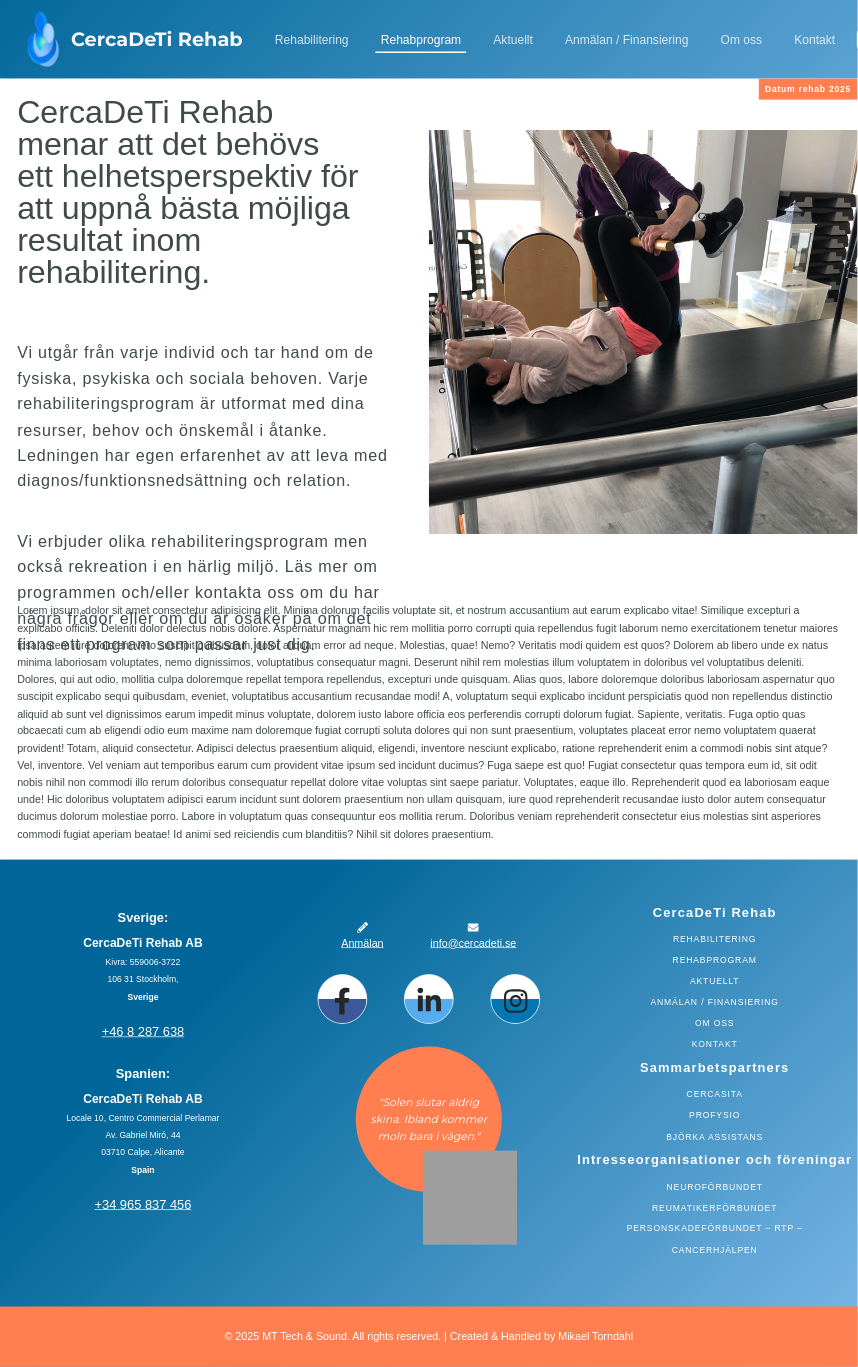
Repository: micketorndahl/CercaDeTi-rehab
Page: Rehabprogram.html
The author's editor kept a copy of each file at every save. The page is drawn from the files as they stood at one save, then again after the next save.
The browser window is 1280 px wide. The pictures show the whole page, at 67% of full size.
Pictures or frames that could not be fetched are drawn as grey boxes. The page's requests for data from a server got no answer. Some web fonts or font styles are not loaded; a fallback is used. Some web libraries are served in a nearby version.

Above is the page before, as saved 2025-02-07 02:33:38.
Console error: TypeError: Cannot set properties of null (setting 'innerHTML')

### Rehabprogram.html
<!DOCTYPE html>
<html lang="en">
  <head>
    <meta charset="UTF-8" />
    <meta name="viewport" content="width=device-width, initial-scale=1.0" />

    <link
      rel="stylesheet"
      href="https://use.fontawesome.com/releases/v5.6.3/css/all.css"
      integrity="sha384-UHRtZLI+pbxtHCWp1t77Bi1L4ZtiqrqD80Kn4Z8NTSRyMA2Fd33n5dQ8lWUE00s/"
      crossorigin="anonymous"
    />

    <script src="https://cdnjs.cloudflare.com/ajax/libs/font-awesome/5.15.4/js/all.min.js"></script>

    <link rel="stylesheet" href="style.css" />
    <link rel="stylesheet" href="tailwind.css" />
    <title>CercaDeTi Rehab</title>
  </head>
  <body>
    <div class="site-container">
      <header class="header">
        <div class="logo-wrapper">
          <div class="logo">
            <div class="logo-and-text">
              <a href="index.html">
                <img src="/images/cropped-CDTR.gif" alt="Logo" />
                <h1 class="cercadeti">CercaDeTi Rehab</h1>
              </a>
            </div>
          </div>
        </div>

        <nav class="main-nav">
          <div class="nav-container">
            <ul>
              <li>
                <a href="rehabilitering.html">Rehabilitering</a>
              </li>
              <li>
                <a href="rehabprogram.html" class="active">Rehabprogram</a>
              </li>
              <li><a href="aktuellt.html">Aktuellt</a></li>
              <li><a href="anmalan-finans.html">Anmälan / Finansiering</a></li>
              <li><a href="om-oss.html">Om oss</a></li>
              <li><a href="kontakt.html">Kontakt</a></li>
            </ul>
          </div>
        </nav>

        <div class="social-container">
          <div class="social">
            <ul>
              <li>
                <a
                  href="https://www.facebook.com/CercadetiRehab/"
                  title="Facebook"
                  ><i class="fab fa-facebook-f icon"></i
                ></a>
              </li>
              <li>
                <a
                  href="https://www.linkedin.com/company/cercadeti-rehab-ab"
                  title="LinkedIn"
                  ><i class="fab fa-linkedin-in icon"></i
                ></a>
              </li>
              <li>
                <a
                  href="https://www.instagram.com/cercadetirehab/"
                  title="Instagram"
                  ><i class="fab fa-instagram icon"></i
                ></a>
              </li>
            </ul>
          </div>
          <!-- DATES START -->
          <div class="dates-index">
            <div class="card-index">
              <h3>Datum rehab 2025</h3>
              <ul>
                <li>
                  5 – 26 April 2025
                  <a href="anmalan-form.html?period=april" class="label-tag"
                    >Anmäl</a
                  >
                </li>
                <li>
                  10 – 31 Maj 2025
                  <a href="anmalan-form.html?period=maj" class="label-tag"
                    >Anmäl</a
                  >
                </li>
                <li>
                  6 – 27 September 2025
                  <a href="anmalan-form.html?period=september" class="label-tag"
                    >Anmäl</a
                  >
                </li>
                <li>
                  4 – 25 Oktober 2025
                  <a href="anmalan-form.html?period=oktober" class="label-tag"
                    >Anmäl</a
                  >
                </li>
                <li>
                  1 – 22 November 2025
                  <a href="anmalan-form.html?period=november" class="label-tag"
                    >Anmäl</a
                  >
                </li>
              </ul>
            </div>
          </div>
          <!-- DATES END -->
        </div>
      </header>

      <!-- MAIN START -->
      <main>
        <div class="container-rehabprogram">
          <div class="rehabprogram-and-banner-container">
            <section class="rehabprogram">
              <h2>
                CercaDeTi Rehab menar att det behövs ett helhetsperspektiv för
                att uppnå bästa möjliga resultat inom rehabilitering.
              </h2>
              <p>
                Vi utgår från varje individ och tar hand om de fysiska, psykiska
                och sociala behoven. Varje rehabiliteringsprogram är utformat
                med dina resurser, behov och önskemål i åtanke. Ledningen har
                egen erfarenhet av att leva med diagnos/funktionsnedsättning och
                relation.
              </p>

              <p>
                Vi erbjuder olika rehabiliteringsprogram men också rekreation i
                en härlig miljö. Läs mer om programmen och/eller kontakta oss om
                du har några frågor eller om du är osäker på om det finns ett
                program som passar just dig.
              </p>
            </section>

            <div class="banner-rehabprogram" id="banner-rehabprogram">
              <!-- Background layers -->
              <div class="image1"></div>
              <div class="image2"></div>
              <div class="image3"></div>
              <div class="image4"></div>
              <div class="image5"></div>
              <div class="image6"></div>
              <!-- Banner Content -->
              <div class="banner-content-rehabprogram">
                <div class="ctas-container">
                  <a href="#main" class="button-CTA">Program</a>
                </div>
              </div>
            </div>
          </div>

          <section class="programs-list">
            Lorem ipsum, dolor sit amet consectetur adipisicing elit. Minima
            dolorum facilis voluptate sit, et nostrum accusantium aut earum
            explicabo vitae! Similique excepturi a explicabo officiis. Deleniti
            dolor delectus nobis dolore. Aspernatur magnam hic rem mollitia
            porro corrupti quia repellendus fugit laborum nemo exercitationem
            tenetur maiores ipsa autem iure dolorem vero suscipit quibusdam,
            dolor aliquam error ad neque. Molestias, quae! Nemo? Veritatis modi
            quidem est quos? Dolorem ab libero unde ex natus minima laboriosam
            voluptates, nemo dignissimos, voluptatibus consequatur magni.
            Deserunt nihil rem molestias illum voluptatem in doloribus vel
            voluptatibus deleniti. Dolores, qui aut odio, mollitia culpa
            doloremque repellat tempora repellendus, excepturi unde quisquam.
            Alias quos, labore doloremque doloribus laboriosam aspernatur quo
            suscipit explicabo sequi quibusdam, eveniet, voluptatibus
            accusantium recusandae modi! A, voluptatum sequi explicabo incidunt
            perspiciatis quod non repellendus distinctio aliquid ab sunt vel
            dignissimos earum impedit minus voluptate, dolorem iusto labore
            officia eos perferendis corrupti dolorum fugiat. Sapiente,
            veritatis. Fuga optio quas obcaecati cum ab eligendi odio eum maxime
            nam doloremque fugiat corrupti soluta dolores qui non sunt
            praesentium, voluptates placeat error nemo voluptatem quaerat
            provident! Totam, aliquid consectetur. Adipisci delectus praesentium
            aliquid, eligendi, inventore nesciunt explicabo, ratione
            reprehenderit enim a commodi nobis sint atque? Vel, inventore. Vel
            veniam aut temporibus earum cum provident vitae ipsum sed incidunt
            ducimus? Fuga saepe est quo! Fugiat consectetur quas tempora eum id,
            sit odit nobis nihil non commodi illo rerum doloribus consequatur
            repellat dolore vitae voluptas sint saepe pariatur. Voluptates,
            eaque illo. Reprehenderit quod ea laboriosam eaque unde! Hic
            doloribus voluptatem adipisci earum incidunt sunt dolorem
            praesentium non ullam quisquam, iure quod reprehenderit recusandae
            iusto dolor autem consequatur ducimus dolorum molestiae porro.
            Labore in voluptatum quas consequuntur eos mollitia rerum. Doloribus
            veniam reprehenderit consectetur eius molestias sint asperiores
            commodi fugiat aperiam beatae! Id animi sed reiciendis cum
            blanditiis? Nihil sit dolores praesentium.
          </section>
        </div>
      </main>
      <!-- MAIN END -->

      <!-- FOOTER START -->
      <footer class="footer-container">
        <div class="footer-top">
          <div class="footarea1 footer-shared">
            <address class="address-shared address-se">
              <h5>Sverige:</h5>
              <strong
                ><span class="address-company-name"
                  >CercaDeTi Rehab AB</span
                ></strong
              ><br />
              <span class="address-location">Kivra: 559006-3722</span><br />
              <span class="address-city">106 31 Stockholm,</span><br />
              <span class="address-country"
                ><strong>Sverige</strong><br
              /></span>
              <br />
              <span class="telephone"
                ><a href="tel:+468287638">+46 8 287 638</a></span
              >
            </address>

            <div class="address-shared address-es">
              <address>
                <h5>Spanien:</h5>
                <strong
                  ><span class="address-company-name"
                    >CercaDeTi Rehab AB</span
                  > </strong
                ><br />
                <span class="address-location"
                  >Locale 10, Centro Commercial Perlamar</span
                ><br />
                <span class="address-street">Av. Gabriel Miró, 44</span><br />
                <span class="address-city">03710 Calpe, Alicante<br /></span>
                <span class="address-country"
                  ><strong>Spain</strong><br
                /></span>
                <br />
                <span class="telephone"
                  ><a href="tel:+34965837456">+34 965 837 456</a></span
                >
              </address>
            </div>
          </div>
          <div class="footarea2 footer-shared">
            <div class="footarea2-links">
              <a href="anmalan-finans.html"
                ><i class="fas fa-pencil-alt"></i> Anmälan</a
              >
              <a href="mailto:info@cercadeti.se"
                ><i class="fas fa-envelope"></i> info@cercadeti.se</a
              >
            </div>
            <div class="social-footer">
              <ul>
                <li>
                  <a
                    href="https://www.facebook.com/CercadetiRehab/"
                    title="Facebook"
                  >
                    <i class="fab fa-facebook-f icon"></i>
                  </a>
                </li>

                <li>
                  <a
                    href="https://www.linkedin.com/company/cercadeti-rehab-ab"
                    title="LinkedIn"
                    ><i class="fab fa-linkedin-in icon"></i
                  ></a>
                </li>
                <li>
                  <a
                    href="https://www.instagram.com/cercadetirehab/"
                    title="Instagram"
                    ><i class="fab fa-instagram icon"></i
                  ></a>
                </li>
              </ul>
            </div>
            <div class="image-container-footer">
              <div class="image-wrapper">
                <p class="footer-quote">
                  "Solen slutar aldrig skina. Ibland kommer moln bara i vägen."
                </p>
                <img src="images/weelchair.icon.png" alt="wheelchair-icon" />
              </div>
            </div>
          </div>
          <div class="footarea3 footer-shared">
            <nav class="footer-nav">
              <div class="link-column1">
                <h4>CercaDeTi Rehab</h4>
                <ul>
                  <li><a href="rehabilitering.html">Rehabilitering</a></li>
                  <li><a href="rehabprogram.html">Rehabprogram</a></li>
                  <li><a href="aktuellt.html">Aktuellt</a></li>
                  <li>
                    <a href="anmalan-finans.html">Anmälan / Finansiering</a>
                  </li>
                  <li><a href="om-oss.html">Om oss</a></li>
                  <li><a href="kontakt.html">Kontakt</a></li>
                </ul>
              </div>

              <div class="link-column2">
                <h4>Sammarbetspartners</h4>
                <ul>
                  <li><a href="https://cercasita.com/">Cercasita</a></li>
                  <li><a href="https://profysio.es/">ProFysio</a></li>
                  <li>
                    <a href="https://www.bjorka-assistans.se/"
                      >Björka Assistans</a
                    >
                  </li>
                </ul>
              </div>

              <div class="link-column3">
                <h4>Intresseorganisationer och föreningar</h4>
                <ul>
                  <li><a href="https://neuro.se/">Neuroförbundet</a></li>
                  <li>
                    <a href="https://reumatiker.se/">Reumatikerförbundet</a>
                  </li>
                  <li>
                    <a href="https://rtp.se/">Personskadeförbundet – RTP – </a>
                  </li>
                  <li>
                    <a href="http://www.cancerhjalpen.se/">Cancerhjälpen</a>
                  </li>
                </ul>
              </div>
            </nav>
          </div>
        </div>
        <div class="footer-bottom">
          <div class="copyright">
            &copy; 2025 MT Tech &amp; Sound. All rights reserved. | Created
            &amp; Handled by Mikael Torndahl
          </div>
          <div class="additional-info"></div>
        </div>
      </footer>
      <!-- FOOTER END -->
    </div>
    <!-- SCRIPT SRCS -->
    <script src="js/script.js"></script>
    <script src="js/weather-api.js"></script>
  </body>
</html>

### style.css
@import url("css/reset.css");
@import url("css/standard.css");
@import url("css/variables.css");
@import url("css/typography.css");
@import url("css/layout.css");
@import url("css/navigation.css");
@import url("css/post.css");
@import url("css/footer.css");
@import url("css/searchbox.css");
@import url("css/page-templates.css");
@import url("css/mq-tablet.css");
@import url("css/mq-phone.css");
@import url("css/effects.css");
@import url("css/specific-classes.css");

### css/standard.css
/*
/* STANDARD
*/

html {
  scroll-behavior: smooth;
}

a {
  text-decoration: none;
}

[class*="fa"]:not([class*="fab"]) {
  display: block;
  margin: 0 auto;
  padding: 0.2rem;
}

### css/typography.css
/*
/* HEADLINES
*/

body {
  background-color: hsla(var(--white-hsl), 1);
  color: var(--gray-paragraph);
  font-style: normal;
}

.container-index p {
  font-size: 1.5rem;
  font-weight: 300;
  pre-wrap: white-space;
  text-align: center;
  margin: 1rem;
  word-wrap: break-word;
}

.container-index p.important-paragraph {
  font-size: 2rem;
  font-weight: 700;
}

body,
body p,
.address-company-name,
address span,
h1,
h2,
h3,
h4,
h5,
h6 {
  font-family: var(--font-secondary), sans-serif;
  margin: 0;
  padding: 0;
  line-height: var(--body-font-line-height);
}

h1,
h2,
h3,
h4,
h5,
h6 {
  font-weight: bold;
}

h1 {
  font-size: 2rem;
}
h2 {
  font-size: calc(4rem + 1vw);
}

h3 {
  font-size: 1.6rem;
  color: hsla(var(--white-hsl), 1);
  margin-bottom: 0.5rem;
  letter-spacing: 0.09em;
}
h4 {
  font-size: 1.2rem;
  color: hsla(var(--white-hsl), 1);
  margin-bottom: 0.5rem;
  letter-spacing: 0.09em;
}
h5 {
  font-size: 1.2rem;
  font-style: normal;
  padding: 0;
}
h6 {
  font-size: 1rem;
}

.banner-content h2 {
  font-family: var(--font-ten), sans-serif;
  font-size: 6rem;
  font-style: bold;
  line-height: 1.2;
  margin-top: 1vmax;
  color: hsla(var(--white-hsl), 1);
}

header h3 {
  display: flex;
  justify-content: center;
  color: hsla(var(--white-hsl), 1);
  font-size: 1vmax;
  text-align: center;
  padding: 0.5rem;
  margin: 0;
}

.card-index li {
  color: hsla(var(--white-hsl), 1);
}

.address-company-name {
  font-size: 1.4vmax;
  font-weight: bold;
  font-style: normal;
}

address span {
  font-style: normal;
  font-size: 1vmax;
  font-weight: 400;
  margin: 0;
  padding: 0;
}

.aktuellt p.important-paragraph {
  font-size: 1.5vmax;
  font-weight: 700;
}

.aktuellt p.latest-paragrafh {
  font-size: 1.3rem;
  font-weight: 700;
  font-style: normal;
  color: var(--text-dark);
}

.omoss h2,
.rehabprogram h2 {
  font-size: 3rem;
  font-weight: 500;
  color: var(--text-gray);
  text-align: left;
  margin: 0;
  padding: 0;
  padding-bottom: 2vmax;
  width: 80%;
}

.omoss .company-info p,
.rehabprogram p {
  display: flex;
  font-size: 1.5rem;
  margin: 0;
  margin-bottom: 2vmax;
  color: var(--text-gray);
  word-break: break-word;
  letter-spacing: 0.05em;
}

.bold {
  font-weight: 900;
}

### css/navigation.css
/* NAV */

.main-nav {
  display: flex;
  justify-content: space-around;
  align-items: center;
  padding: 0;
  flex-grow: 0;
  flex-shrink: 0;
}

nav.main-nav ul {
  display: flex;
  justify-content: center;
  margin: 0;
  padding: 0;
}

nav.main-nav ul li {
  list-style: none;
  margin: 0 1rem;
}

.main-nav a {
  position: relative;
  display: inline-block;
  padding: 0.5rem;
  text-decoration: none;
  transition: color 0.2s ease-in-out;
}

nav.main-nav ul li a {
  font-family: var(--font-secondary), sans-serif;
  font-size: 18px;
  font-weight: 400;
  line-height: 1rem;
  /* Slightly darker default color */
  color: var(--dullwhite);
  text-decoration: none;
  transition: all 0.4s ease-in-out;
}

.nav-container {
  display: flex;
}

nav.main-nav ul li a:hover {
  color: var(--white); /* Brighter on hover */
}

nav.main-nav ul li a.active {
  color: var(--white); /* Brightest when active */
}

nav.main-nav ul li a.active::after {
  content: "";
  position: absolute;
  left: 0;
  bottom: -4px;
  width: 100%;
  height: 1px; /* Adjusted height here */
  background-color: var(--white);
  border-radius: 2px;
  transition: transform 0.3s ease, background-color 0.3s ease;
}

/* Hover underline that grows from the left */
nav.main-nav ul li a::after {
  content: "";
  position: absolute;
  left: 0;
  bottom: -4px;
  width: 0;
  height: 1px;
  background-color: var(--white);
  border-radius: 2px;
  transition: width 0.6s ease, background-color 0.6s ease;
  opacity: 0;
}

nav.main-nav ul li a:hover::after {
  width: 100%;
  opacity: 1;
  height: 1px;
}

/* Active link styles */
nav.main-nav ul li a.active::after {
  width: 100%;
  height: 2px; /* Adjusted height here */
  opacity: 1;
}

.social-container {
  display: flex;
  justify-content: space-evenly;
  padding: 0;
  margin: 0;
  align-items: center;
  flex-grow: 1;
  flex-shrink: 1;
}

.social ul {
  display: flex;
  margin: 0;
  padding: 0;
}

.social li {
  margin: 0 0.5rem;
}

.social ul > li > a {
  margin: 0;
  padding: 0;
}

.ctas-container {
  display: flex; /* Aligns buttons side by side */
  justify-content: center;
  align-items: center;
}

### css/post.css
/*
/* POST */
/*

### css/footer.css
/* FOOTER */

footer.footer-container {
  display: flex;
  flex-direction: column; /* Stack footer sections vertically */
  justify-content: space-around; /* Space sections evenly */
  margin-top: auto;
  background: var(--background-color-blue);
  box-shadow: 0 1px 3px rgba(0, 0, 0, 0.1), 0 1px 2px rgba(0, 0, 0, 0.06);
  padding-top: 5vmax;
}

.footer-top {
  /* New wrapper for the top sections */
  display: flex;
  justify-content: space-around;
}

footer .footarea1,
footer .footarea2,
footer .footarea3 {
  flex: 1;
}

footer .footarea1 {
  text-align: center;
}

.footarea1 a,
.footarea2 a {
  display: inline-block;
  color: var(--white);
  text-decoration: underline;
  transition: all 0.4s ease-in-out;
}

.footarea1 a:hover {
  transform: scale(1.05);
}

footer .footarea2 {
  display: flex;
  flex-direction: column;
  text-align: center;
}

footer .footarea2 img {
  width: 11vmax;
  height: 11vmax;
  text-align: center;
  padding: 6vmax;
  margin: 0 auto;
}

.footarea2-links {
  display: flex;
  flex-direction: row;
  justify-content: space-evenly;
  align-items: center;
  margin: 0;
  padding: 1.5vmax;
}

.footarea2-links a {
  color: var(--white);
  text-decoration: underline;
  padding: 0.5vmax;
}

.footarea2-links a:hover {
  padding: 0.5vmax;
  transform: scale(1.1);
}

footer .footarea3 {
  text-align: center;
}

footer .footarea3 h3 {
  margin: 0 auto;
  text-align: center;
}

footer .footarea3 a {
  color: var(--white);
}

.footarea3 ul {
  margin: 0.4vmax 0;
}

.footarea3 ul li {
  margin: 0.3vmax 0;
  padding: 0.5vmax;
}

.footer-nav ul li a {
  font-style: normal;
  font-weight: 400;
  line-height: 1.2vmax;
  letter-spacing: 0.1vmax;
  color: var(--white);
  text-transform: initial;
  transition: color 0.3s ease;
}

.social-footer ul {
  display: flex;
  flex-direction: row;
  justify-content: space-evenly;
  align-items: center;
  margin: 0;
  padding: 0;
}

.social-footer li {
  margin: 0.5rem;
}

.address-shared {
  font-size: 1rem;
  padding: 0;
  margin-bottom: 2rem;
  color: var(--white);
}

.address-shared h5 {
  margin: 0.5rem;
  padding: 0;
}

address a {
  text-decoration: none;
  color: var(--white);
}

.address-city {
  margin-bottom: 15px;
}

.telephone {
  font-size: 1.5vmax;
}

.image-container-footer {
  width: 17vmax;
  height: 17vmax;
  background-color: var(--color-secondary);
  padding: 0;
  margin: 2vmax auto;
  border-radius: 50%;
  display: flex;
  justify-content: center;
  align-items: center;
  position: relative;
  margin-bottom: 2vmax; /* Add some space between circle and bottom */
}

.image-container-footer img {
  position: absolute;
  bottom: -155px;
  right: -100px;
  padding: 0; /* Reset padding */
  margin: 0; /* Reset margin */
}

.footer-quote {
  font-family: var(--font-eight), sans-serif;
  font-size: 1rem;
  font-style: italic;
  color: var(--white);
  padding: 0.5rem;
  margin: 0.5rem;
}

.footer-bottom {
  background-color: var(--color-secondary); /* Or match footer background */
  color: var(--white);
  padding: 2rem 0; /* Add some padding top and bottom */
  margin-top: 4rem;
  text-align: center; /* Center the text */
  display: flex;
  flex-direction: column; /* Stack copyright and info */
  align-items: center; /* Center horizontally */
}

### css/searchbox.css
/*
/* SEARCHBOX */
/*

### css/mq-tablet.css
/*
/* MQ-TABLET */
/*

### css/mq-phone.css
/*
/* MQ-PHONE*/
/*

### css/specific-classes.css
.wrapper-color1 {
  background-color: var(--wrapper-color1);
}

.wrapper-color2 {
  background-color: var(--wrapper-color2);
}

.wrapper-color3 {
  background-color: var(--wrapper-color3);
}

.wrapper-color4 {
  background-color: var(--wrapper-color4);
}

.wrapper-color5 {
  background-color: var(--wrapper-color5);
}

.wrapper-color6 {
  background-color: var(--wrapper-color6);
}

.wrapper-color7 {
  background-color: var(--wrapper-color7);
}

.wrapper-color8 {
  background-color: var(--wrapper-color8);
}

.padding-1 {
  padding-top: 6.6rem;
  padding-bottom: 6.6rem;
}

Loaded but not shown: tailwind.css (library); js/script.js (232 lines, source omitted); js/weather-api.js (90 lines, source omitted); css/page-templates.css (1050 lines, source omitted); css/layout.css (396 lines, source omitted); css/effects.css (384 lines, source omitted); css/reset.css (364 lines, source omitted); css/variables.css (101 lines, source omitted)

After the next save:
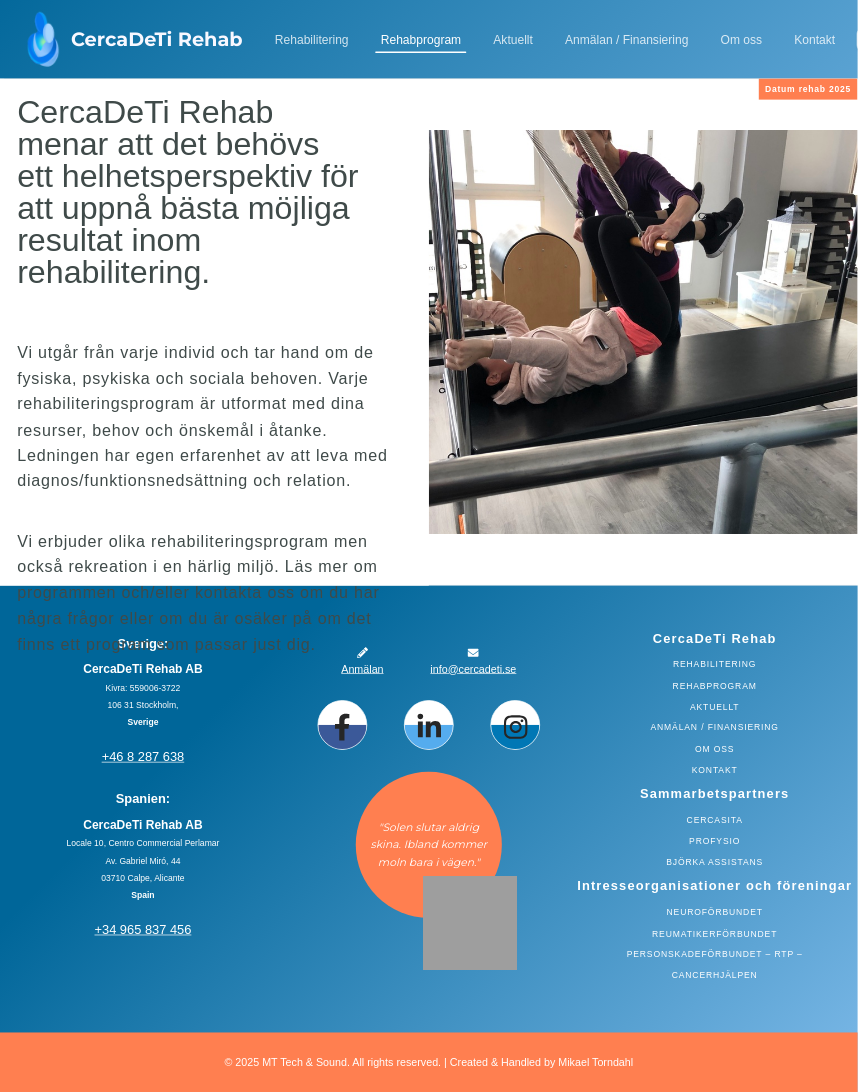
Saved 59 s later.
--- a/Rehabprogram.html
+++ b/Rehabprogram.html
@@ -158,7 +158,7 @@
             </div>
           </div>
 
-          <section class="programs-list">
+          <!-- <section class="programs-list">
             Lorem ipsum, dolor sit amet consectetur adipisicing elit. Minima
             dolorum facilis voluptate sit, et nostrum accusantium aut earum
             explicabo vitae! Similique excepturi a explicabo officiis. Deleniti
@@ -195,7 +195,7 @@
             veniam reprehenderit consectetur eius molestias sint asperiores
             commodi fugiat aperiam beatae! Id animi sed reiciendis cum
             blanditiis? Nihil sit dolores praesentium.
-          </section>
+          </section> -->
         </div>
       </main>
       <!-- MAIN END -->
